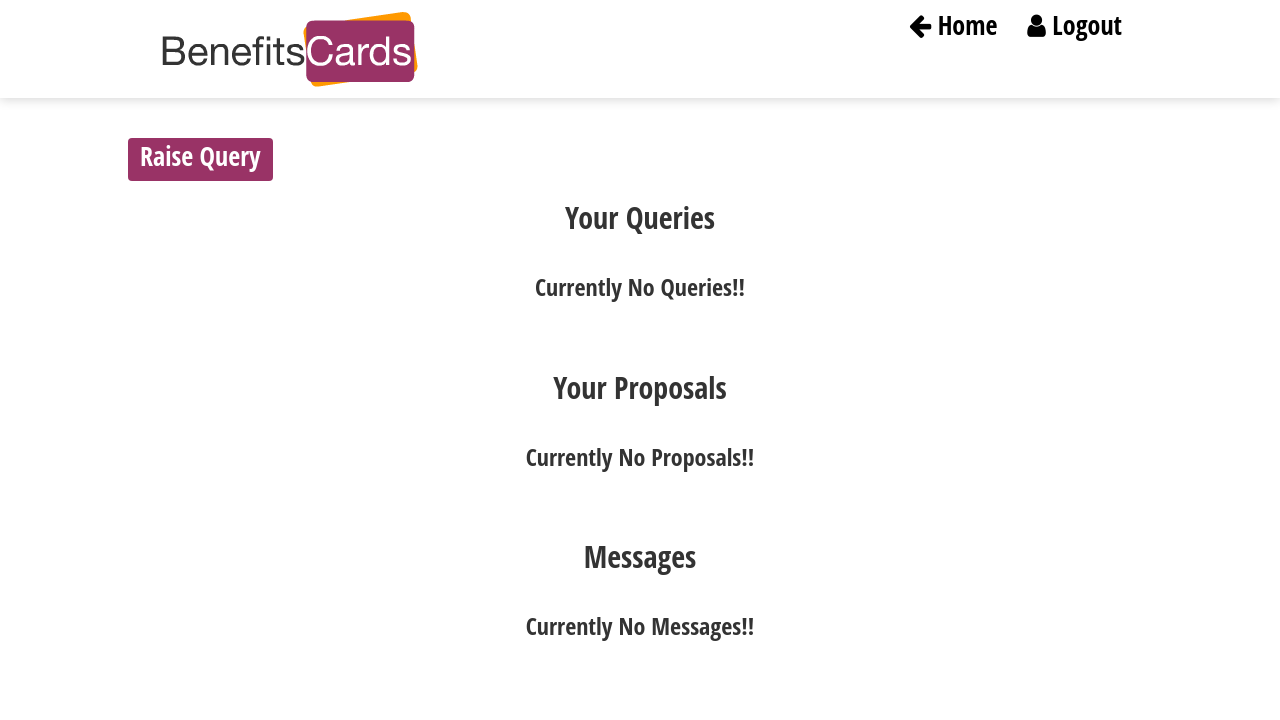
Repository: intkhabahmed/AcceleratedBootcampWebsites
Page: http://localhost/BenefitsCards/UI/profile.jsp
An editor plug-in stored every save of this project. The page is shown before and after the next save, followed by the edit.
The browser window is 1280 px wide. The pictures show the whole page.
Some web fonts or font styles are not loaded; a fallback is used. The page is served by Tomcat 9. Nobody is signed in. The application's start-up code is not run. The template is opened directly, without the code that normally fills it, so the values that code supplies are empty.

Above is the page before, as saved 2018-02-12 06:45:39.

After the next save:
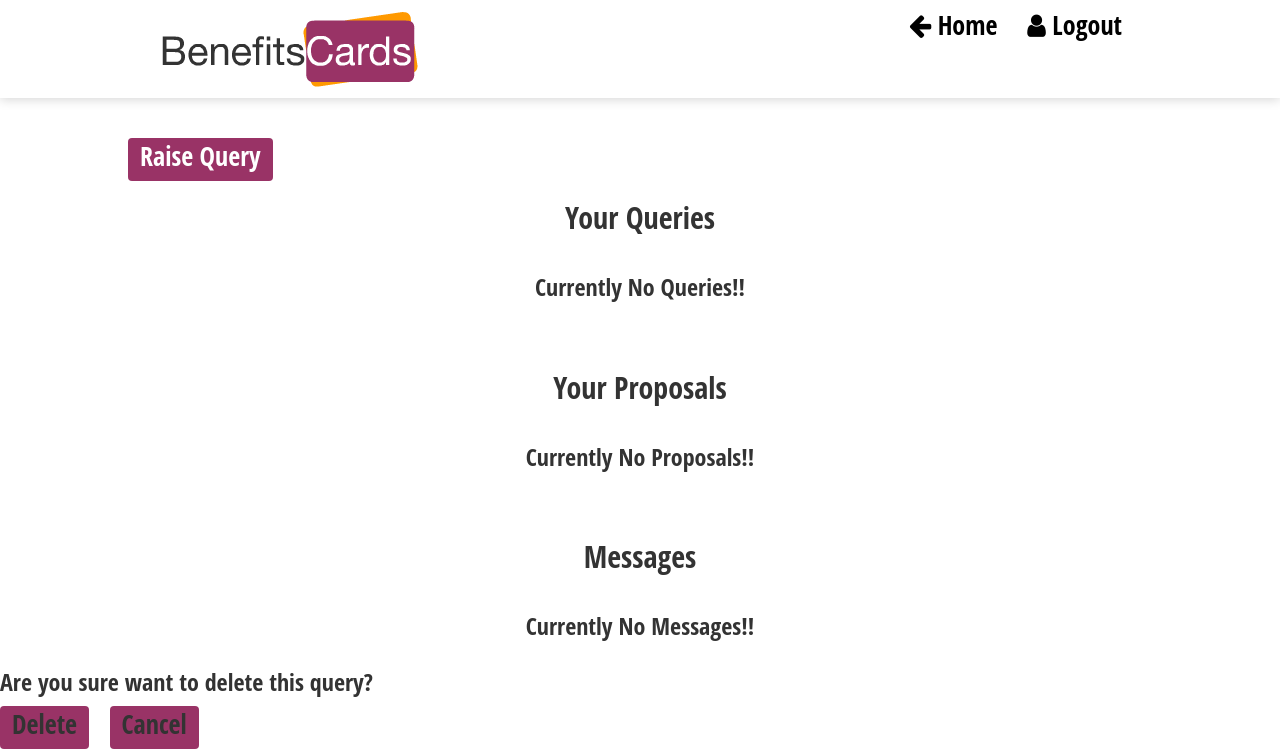
Saved 23 s later.
--- a/BenefitsCards/WebContent/UI/profile.jsp
+++ b/BenefitsCards/WebContent/UI/profile.jsp
@@ -136,7 +136,13 @@
 			</div>
 		</form>
 </div>
-
+<div id="confirmWindow">
+	<h3>Are you sure want to delete this query?</h3>
+	<div class="center">
+		<a href="deleteQuery.html" class="btn btn-default">Delete</a>&nbsp;&nbsp;&nbsp;
+		<button id="cancel_btn" class="btn btn-default">Cancel</button>
+	</div>
+</div>
 <script type="text/javascript" src="js/jquery-3.1.0.min.js"></script>
 <script type="text/javascript" src="js/bootstrap.min.js"></script>
 <script type="text/javascript" src="js/custom.js"></script>
